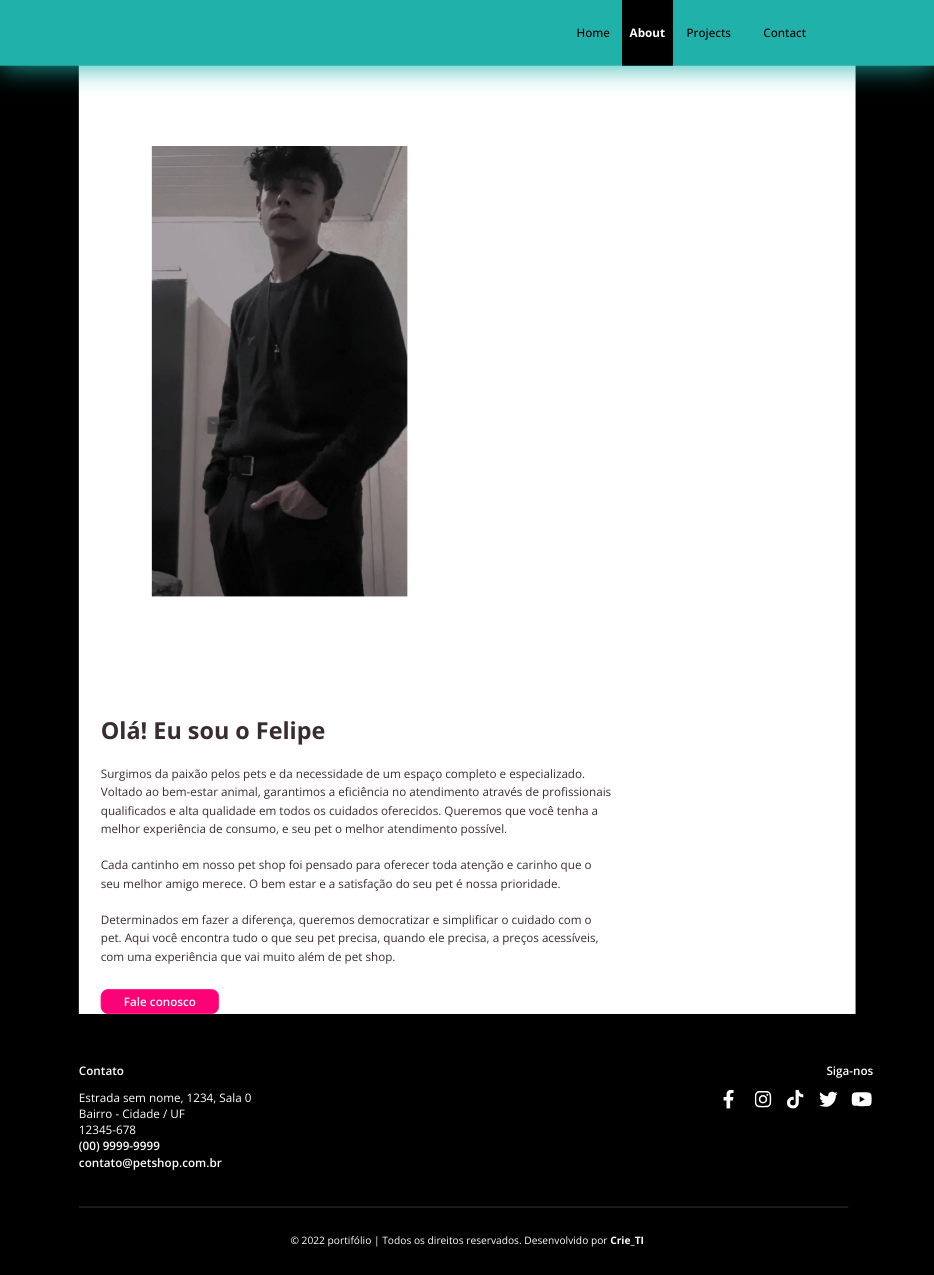
Repository: Fel1pit0/CRIE_TI
Page: Projetos/Portifólio/about.html
These files come from the project's save history. The page is drawn as it stood at one moment and after the next save; the edit follows.
The browser window is 1280 px wide. The pictures show the whole page, at 73% of full size.

Above is the page before, as saved 2022-05-25 14:37:50.

After the next save:
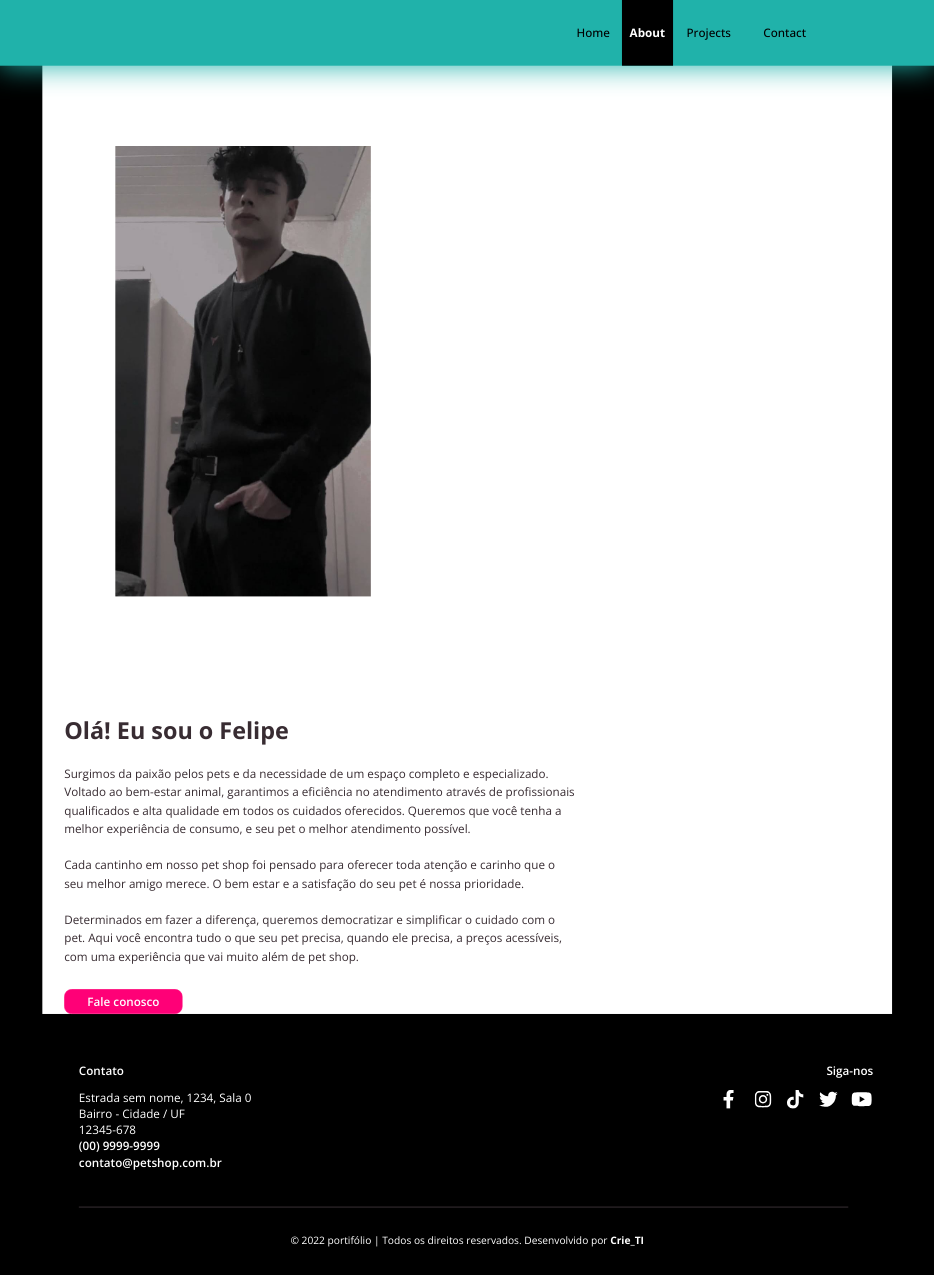
Saved 7 s later.
--- a/Projetos/Portifólio/styles.css
+++ b/Projetos/Portifólio/styles.css
@@ -291,7 +291,7 @@ footer{
 #about{
   margin-bottom: 5em;
   background-color: white;
-  margin: 50px 100px;
+  margin: 50px 50px;
 }
 .image-about{
   display: inline-block;
